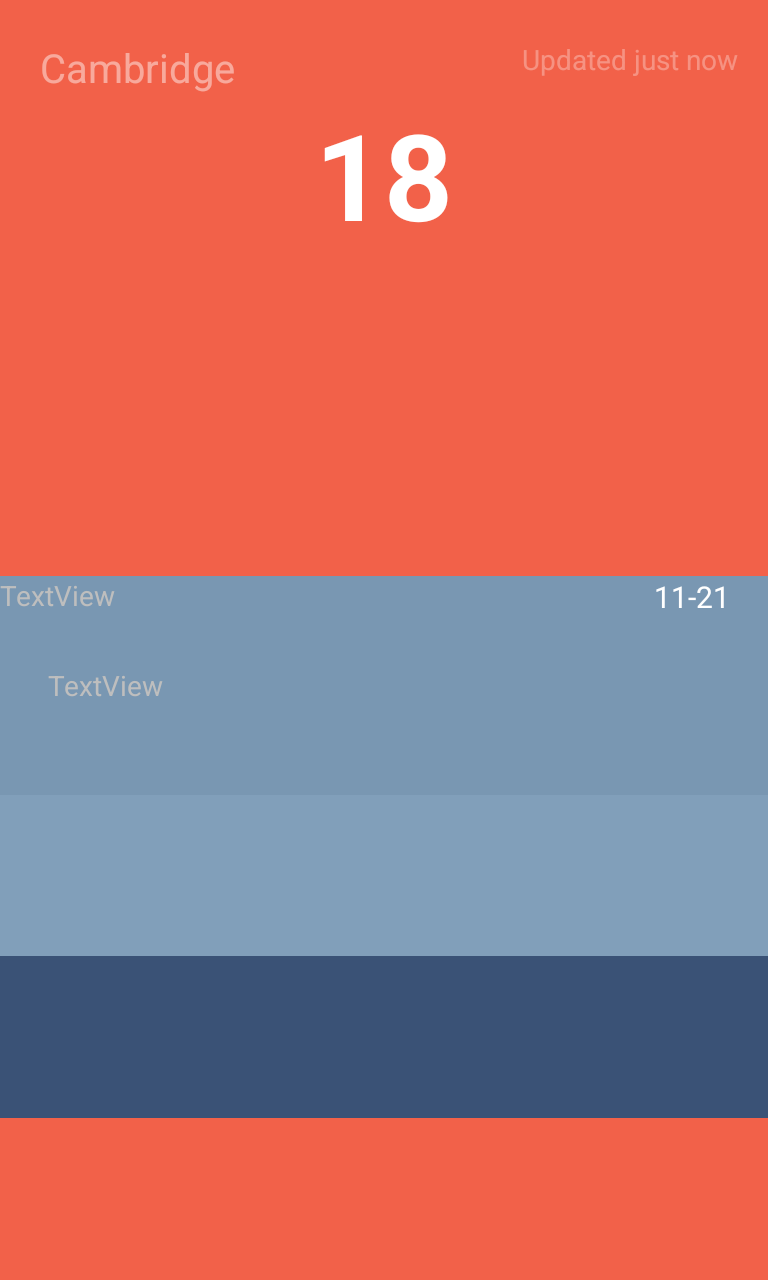
Repository: HarithaAmmuHari/Project
Layout: ExampleAnoop/res/layout/activity_main.xml
An editor plug-in stored every save of this project. The layout is shown before and after the next save, followed by the edit.
It is drawn on a 768 x 1280 px phone screen (xhdpi) without system bars, with theme android:Theme; the app's code is not run.

Above is the layout before, as saved 2015-01-24 05:33:06.

After the next save:
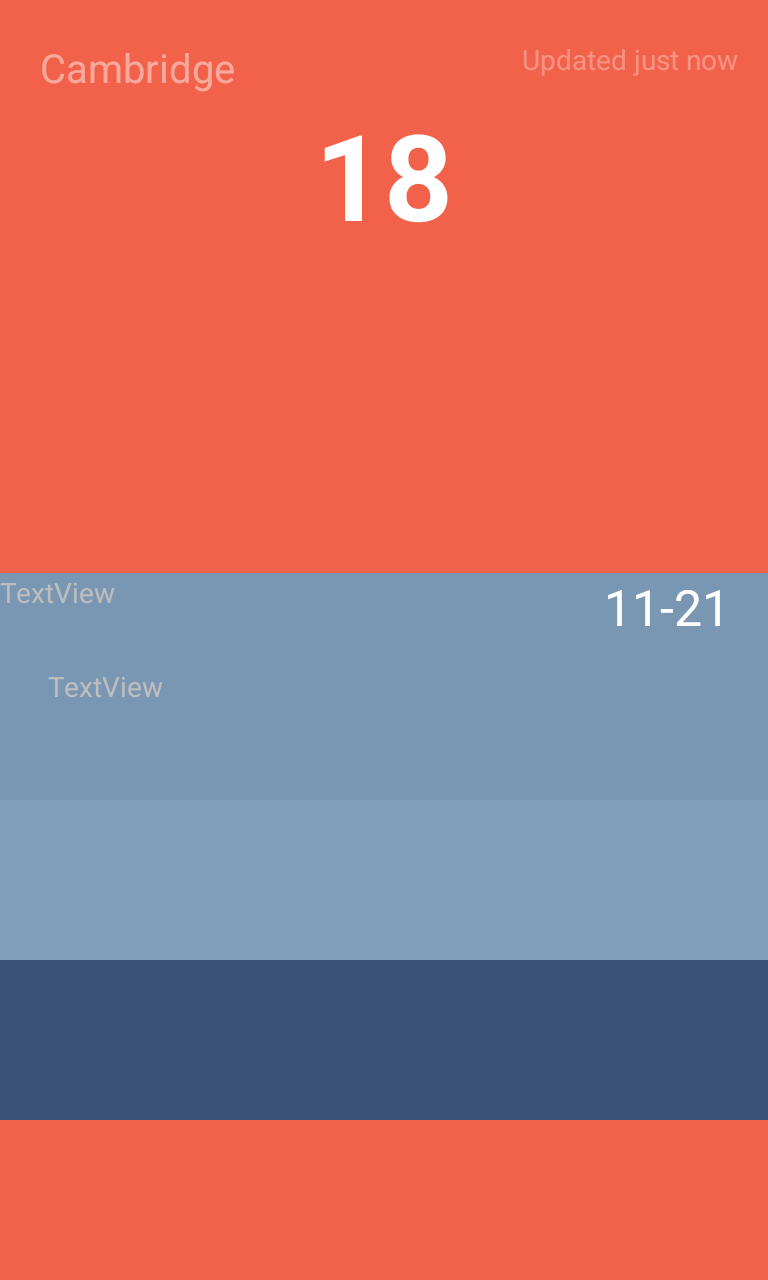
Saved 14 s later.
--- a/ExampleAnoop/res/layout/activity_main.xml
+++ b/ExampleAnoop/res/layout/activity_main.xml
@@ -74,7 +74,7 @@
             android:layout_marginRight="19dp"
             android:text="11-21"
             android:textColor="#ffffff"
-            android:textSize="15dp"
+            android:textSize="25dp"
             android:textAppearance="?android:attr/textAppearanceLarge" />
 
         <TextView
